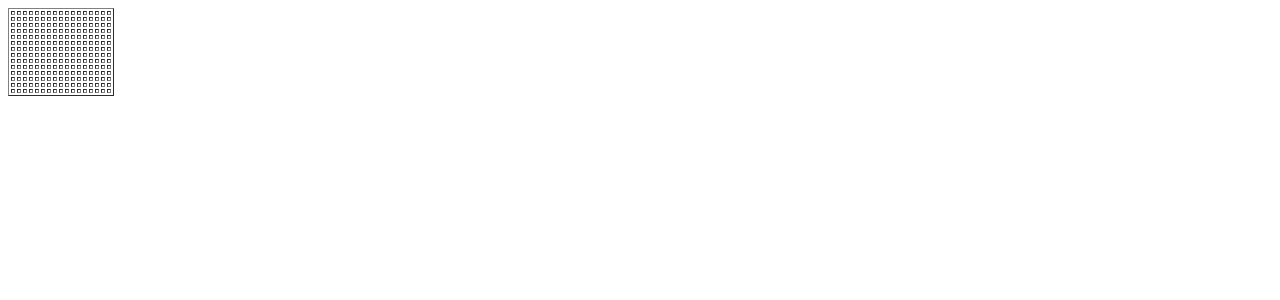
Repository: Hswwwww/WEB
Page: ClientTest/src/main/webapp/html/Q011.html
The author's editor kept a copy of each file at every save. The page is drawn from the files as they stood at one save, then again after the next save.
The browser window is 1280 px wide. The pictures show the whole page.

Above is the page before, as saved 2024-03-13 08:09:49.

### ClientTest/src/main/webapp/html/Q011.html
<!DOCTYPE html>
<html>
<head>
<meta charset="UTF-8">
<title>Insert title here</title>
</head>
<body>
	<table border = "1">
	<tr>
		<td></td>
		<td></td>
		<td></td>
		<td></td>
		<td></td>
		<td></td>
		<td></td>
		<td></td>
		<td></td>
		<td></td>
		<td></td>
		<td></td>
		<td></td>
		<td></td>
		<td></td>
		<td></td>
		<td></td>
	</tr>
		<tr>
		<td></td>
		<td></td>
		<td></td>
		<td></td>
		<td></td>
		<td></td>
		<td></td>
		<td></td>
		<td></td>
		<td></td>
		<td></td>
		<td></td>
		<td></td>
		<td></td>
		<td></td>
		<td></td>
		<td></td>
	</tr>
		<tr>
		<td></td>
		<td></td>
		<td></td>
		<td></td>
		<td></td>
		<td></td>
		<td></td>
		<td></td>
		<td></td>
		<td></td>
		<td></td>
		<td></td>
		<td></td>
		<td></td>
		<td></td>
		<td></td>
		<td></td>
	</tr>

		<tr>
		<td></td>
		<td></td>
		<td></td>
		<td></td>
		<td></td>
		<td></td>
		<td></td>
		<td></td>
		<td></td>
		<td></td>
		<td></td>
		<td></td>
		<td></td>
		<td></td>
		<td></td>
		<td></td>
		<td></td>
	</tr>
		<tr>
		<td></td>
		<td></td>
		<td></td>
		<td></td>
		<td></td>
		<td></td>
		<td></td>
		<td></td>
		<td></td>
		<td></td>
		<td></td>
		<td></td>
		<td></td>
		<td></td>
		<td></td>
		<td></td>
		<td></td>
	</tr>
		<tr>
		<td></td>
		<td></td>
		<td></td>
		<td></td>
		<td></td>
		<td></td>
		<td></td>
		<td></td>
		<td></td>
		<td></td>
		<td></td>
		<td></td>
		<td></td>
		<td></td>
		<td></td>
		<td></td>
		<td></td>
	</tr>
		<tr>
		<td></td>
		<td></td>
		<td></td>
		<td></td>
		<td></td>
		<td></td>
		<td></td>
		<td></td>
		<td></td>
		<td></td>
		<td></td>
		<td></td>
		<td></td>
		<td></td>
		<td></td>
		<td></td>
		<td></td>
	</tr>
		<tr>
		<td></td>
		<td></td>
		<td></td>
		<td></td>
		<td></td>
		<td></td>
		<td></td>
		<td></td>
		<td></td>
		<td></td>
		<td></td>
		<td></td>
		<td></td>
		<td></td>
		<td></td>
		<td></td>
		<td></td>
	</tr>
		<tr>
		<td></td>
		<td></td>
		<td></td>
		<td></td>
		<td></td>
		<td></td>
		<td></td>
		<td></td>
		<td></td>
		<td></td>
		<td></td>
		<td></td>
		<td></td>
		<td></td>
		<td></td>
		<td></td>
		<td></td>
	</tr>
		<tr>
		<td></td>
		<td></td>
		<td></td>
		<td></td>
		<td></td>
		<td></td>
		<td></td>
		<td></td>
		<td></td>
		<td></td>
		<td></td>
		<td></td>
		<td></td>
		<td></td>
		<td></td>
		<td></td>
		<td></td>
	</tr>
		<tr>
		<td></td>
		<td></td>
		<td></td>
		<td></td>
		<td></td>
		<td></td>
		<td></td>
		<td></td>
		<td></td>
		<td></td>
		<td></td>
		<td></td>
		<td></td>
		<td></td>
		<td></td>
		<td></td>
		<td></td>
	</tr>
		<tr>
		<td></td>
		<td></td>
		<td></td>
		<td></td>
		<td></td>
		<td></td>
		<td></td>
		<td></td>
		<td></td>
		<td></td>
		<td></td>
		<td></td>
		<td></td>
		<td></td>
		<td></td>
		<td></td>
		<td></td>
	</tr>
		<tr>
		<td></td>
		<td></td>
		<td></td>
		<td></td>
		<td></td>
		<td></td>
		<td></td>
		<td></td>
		<td></td>
		<td></td>
		<td></td>
		<td></td>
		<td></td>
		<td></td>
		<td></td>
		<td></td>
		<td></td>
	</tr>
		<tr>
		<td></td>
		<td></td>
		<td></td>
		<td></td>
		<td></td>
		<td></td>
		<td></td>
		<td></td>
		<td></td>
		<td></td>
		<td></td>
		<td></td>
		<td></td>
		<td></td>
		<td></td>
		<td></td>
		<td></td>
	</tr>

	</table>
</body>
</html>

After the next save:
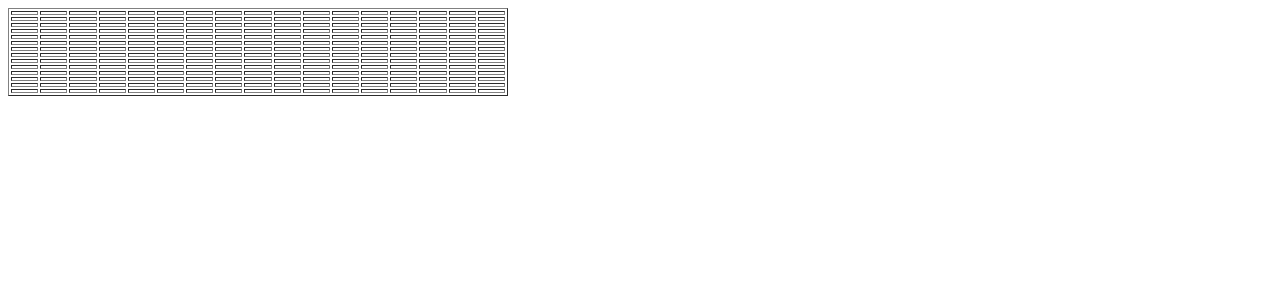
Saved 14 s later.
--- a/ClientTest/src/main/webapp/html/Q011.html
+++ b/ClientTest/src/main/webapp/html/Q011.html
@@ -5,7 +5,7 @@
 <title>Insert title here</title>
 </head>
 <body>
-	<table border = "1">
+	<table border = "1" width = "500">
 	<tr>
 		<td></td>
 		<td></td>
